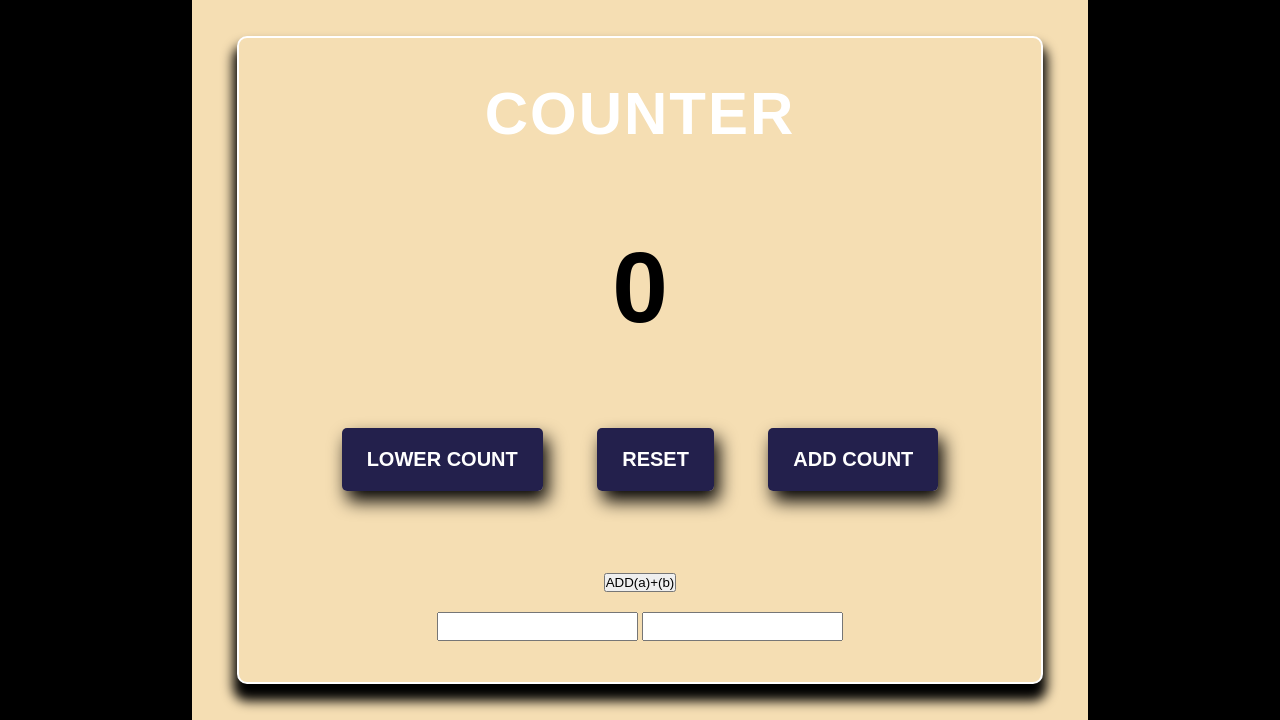
Repository: Seryozha02/Calculator
Page: calculator.html
An editor plug-in stored every save of this project. The page is shown before and after the next save, followed by the edit.
The browser window is 1280 px wide. The pictures show the whole page.

Above is the page before, as saved 2022-02-15 13:06:26.
Console error: TypeError: Cannot read properties of undefined (reading 'start')

### calculator.html
<!DOCTYPE html>
<html lang="en">
  <head>
    <meta charset="UTF-8" />
    <meta http-equiv="X-UA-Compatible" content="IE=edge" />
    <meta name="viewport" content="width=device-width, initial-scale=1.0" />
    <link rel="stylesheet" href="./calculator.css" />
    <title>Counter</title>
  </head>
  <body>
    <div class="body">
        <div class="parent">
            <div class="main">
                <div class="countText">
                    <h1>COUNTER</h1>
                </div>
                <div class="number">
                    <p id="num">0</p>
                </div>
                <div class="options">
                    <button class="leftButton">LOWER COUNT</button>
                    <button class="centerButton">RESET</button>
                    <button class="rightButton">ADD COUNT</button>
                </div>
                <div class="addABParent">
                    <button class="addAB">ADD(a)+(b)</button>
                    <input type="number" id="inputNum1"><span class="plyus"></span>
                    <input type="number" id="inputNum2"><span class="equals"></span>
                    <span id="valueOfSum"></span>
                </div>
                <!-- <form name="form_main">
                    <div>
                      <span id="hour">00</span>:<span id="minute">00</span>:<span id="second">00</span>:<span id="millisecond">000</span>
                    </div>

                    <br />

                    <button type="button" name="start">start</button>
                    <button type="button" name="pause">pause</button>
                    <button type="button" name="reset">reset</button>
                  </form> -->

            </div>
        </div>
    </div>
    <script src="./calculator.js"></script>
  </body>
</html>

### calculator.css
* {
    margin: 0;
    padding: 0;
    box-sizing: border-box;
    font-family: 'Poppins', sans-serif;
}

.body {
    background-color: black;
    position: absolute;
    width: 100%;
    height: 100%;
    display: flex;
    align-items: center;
    justify-content: center;
}

.parent {
    background-color: wheat;
    position: relative;
    width: 70%;
    height: 100%;
    display: flex;
    align-items: center;
    justify-content: center;
}

.main {
    background-color: wheat;
    position: relative;
    width: 90%;
    height: 90%;
    display: flex;
    align-items: center;
    justify-content: center;
    flex-direction: column;
    border: 2px solid white;
    border-radius: 10px;
    box-shadow: 0px 13px 12px 4px;
    display: flex;
    flex-direction: column;
    justify-content: space-around;
}

.countText {
    display: flex;
    align-items: center;
    justify-content: center;
    letter-spacing: 2px;
    color: white;
    font-size: 30px;
}

.number {
    font-size: 100px;
    font-weight: 600;
    color: black(42, 44, 42);
}

.options button {
    background-color: rgba(7, 7, 63, 0.884);
    border-radius: 5px;
    color: white;
    font-size: 20px;
    font-weight: 600;
    cursor: pointer;
    border: none;
    padding: 20px 25px 20px 25px;
    box-shadow: 5px 10px 18px black;
}

.options button:hover,
.btn button:hover {
    transform: scale(0.96);
}

.options button.leftButton {
    margin-right: 50px;
}

.options button.rightButton {
    margin-left: 50px;
}

.addABParent {
    text-align: -webkit-center;
}

.addAB {
    display: flex;
    margin-bottom: 20px;
}

input {
    padding: 5px 10px;
}

### calculator.js
const leftButton = document.querySelector(".leftButton");
const centerButton = document.querySelector(".centerButton");
const rightButton = document.querySelector(".rightButton");
const num = document.getElementById("num");
const addAB = document.querySelector(".addAB");
const valueOfSum = document.getElementById("valueOfSum");
const inputNum1 = document.getElementById("inputNum1");
const inputNum2 = document.getElementById("inputNum2");
const plyus = document.querySelector(".plyus")
const equals = document.querySelector(".equals")

let i = 0;
leftButton.addEventListener("click", function minus() {
    i--;
    num.innerHTML = i;
});

rightButton.addEventListener("click", function pulus() {
    i++;
    num.innerHTML = i;
});

centerButton.addEventListener("click", function reset() {
    i = 0;
    num.innerHTML = i;
});

function add(a) {
    return function name(b) {
        return a + b;
    }
}

addAB.addEventListener("click", function() {
    plyus.innerText = "+"
    equals.innerText = "="
    let inputNum1Value = Number(inputNum1.value);
    let inputNum2Value = Number(inputNum2.value);
    valueOfSum.innerText = add(inputNum1Value)(inputNum2Value)
});

let hour = 0;
let minute = 0;
let second = 0;
let millisecond = 0;

let cron;

document.form_main.start.onclick = () => start();
document.form_main.pause.onclick = () => pause();
document.form_main.reset.onclick = () => reset();

function start() {
    pause();
    cron = setInterval(() => { timer(); }, 10);
  }

  function pause() {
    clearInterval(cron);
  }

  function reset() {
    hour = 0;
    minute = 0;
    second = 0;
    millisecond = 0;
    document.getElementById('hour').innerText = '00';
    document.getElementById('minute').innerText = '00';
    document.getElementById('second').innerText = '00';
    document.getElementById('millisecond').innerText = '000';
  }
  function timer() {
    if ((millisecond += 10) == 1000) {
      millisecond = 0;
      second++;
    }
    if (second == 60) {
      second = 0;
      minute++;
    }
    if (minute == 60) {
      minute = 0;
      hour++;
    }
    document.getElementById('hour').innerText = returnData(hour);
    document.getElementById('minute').innerText = returnData(minute);
    document.getElementById('second').innerText = returnData(second);
    document.getElementById('millisecond').innerText = returnData(millisecond);
  }

  function returnData(input) {
    return input > 10 ? input : `0${input}`
  }

After the next save:
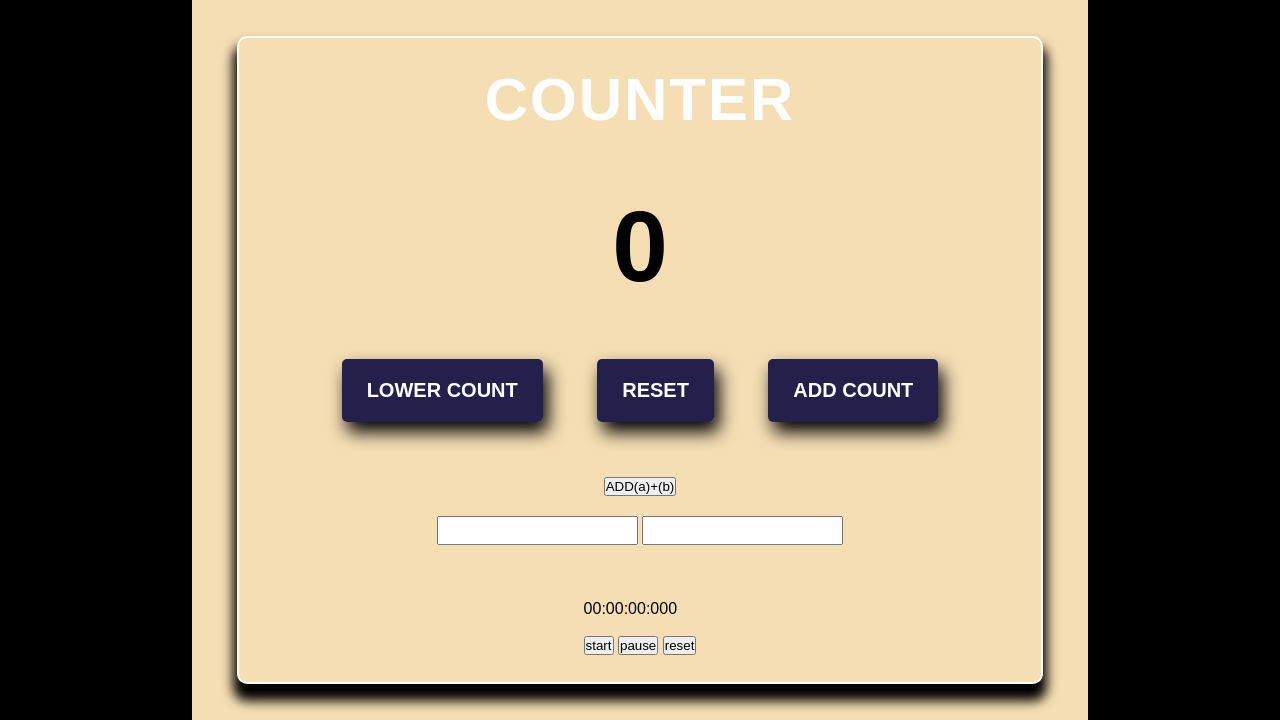
The error is gone.
Saved 23 s later.
--- a/calculator.html
+++ b/calculator.html
@@ -28,7 +28,7 @@
                     <input type="number" id="inputNum2"><span class="equals"></span>
                     <span id="valueOfSum"></span>
                 </div>
-                <!-- <form name="form_main">
+                <form name="form_main">
                     <div>
                       <span id="hour">00</span>:<span id="minute">00</span>:<span id="second">00</span>:<span id="millisecond">000</span>
                     </div>
@@ -38,7 +38,7 @@
                     <button type="button" name="start">start</button>
                     <button type="button" name="pause">pause</button>
                     <button type="button" name="reset">reset</button>
-                  </form> -->
+                  </form>
 
             </div>
         </div>
